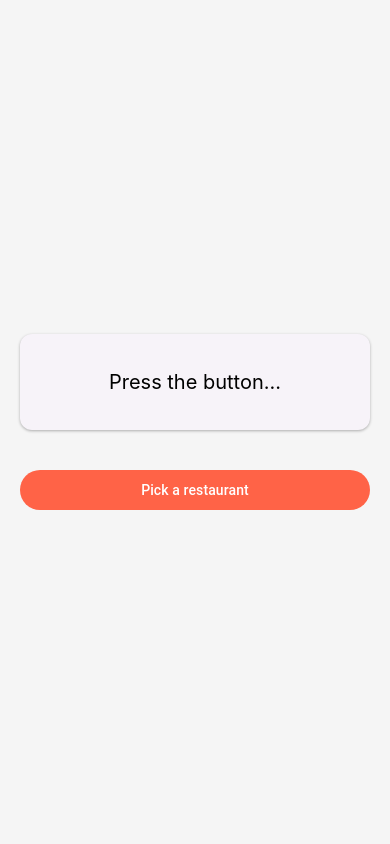
Repository: RidenShogunei/react-native-liveapp
Page: /Res (app in LiveTool/)
An editor plug-in stored every save of this project. The page is shown before and after the next save, followed by the edit.
The browser window is 390 px wide. The pictures show the whole page.
The page's requests for data from a server got no answer. The app was drawn by React Native's web renderer in a window 390 px wide. The project was rebuilt for these pictures with package versions that can differ from the ones it lists, and the page was loaded fresh each time. No one was signed in, and anything a server would have sent is missing.

Above is the page before, as saved 2024-05-12 12:50:08.

After the next save:
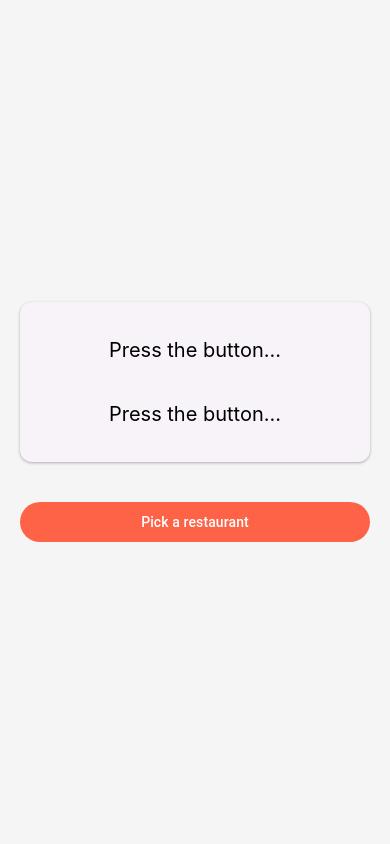
Saved 10 s later.
--- a/LiveTool/pages/chooseRestaurant.tsx
+++ b/LiveTool/pages/chooseRestaurant.tsx
@@ -20,6 +20,7 @@ const RestaurantPicker = () => {
     <View style={styles.container}>
       <Card style={styles.card}>
         <Card.Content>
+        <Text style={styles.text}>{selectedRestaurant}</Text>
           <Text style={styles.text}>{selectedRestaurant}</Text>
         </Card.Content>
       </Card>
